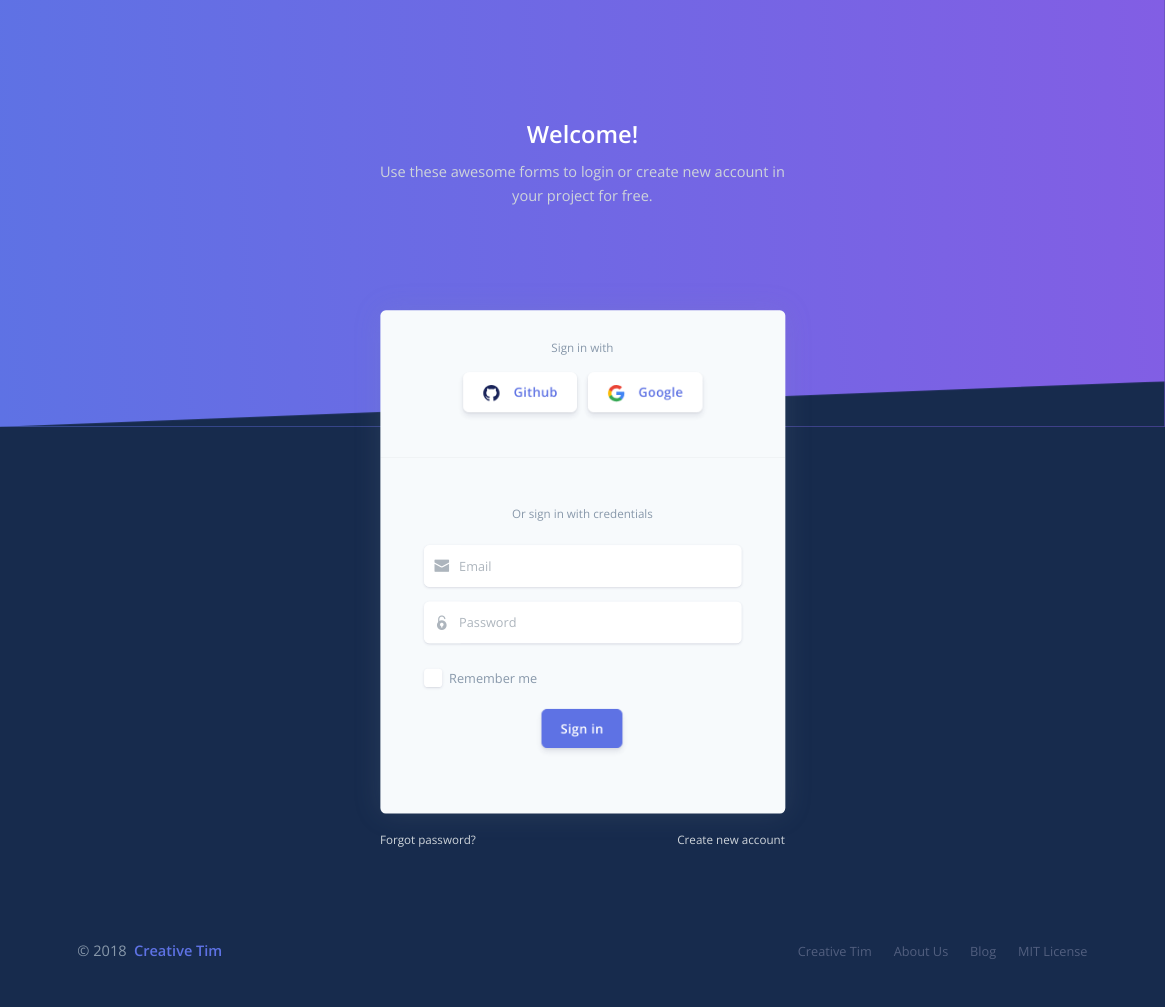
Repository: Hareeshgoli/restuarnt
Page: http://localhost/login
These files come from the project's save history. The page is drawn as it stood at one moment and after the next save; the edit follows.
The browser window is 1280 px wide. The pictures show the whole page, at 91% of full size.
The page is this project's Thymeleaf template; nobody is signed in. The template is opened directly, without the code that normally fills it, so the values that code supplies are empty.

Above is the page before, as saved 2020-02-28 09:28:11.

### resturant/src/main/resources/templates/login.html

<!DOCTYPE html>
<html lang="en">

<head>
  <meta charset="utf-8" />
  <meta name="viewport" content="width=device-width, initial-scale=1, shrink-to-fit=no">
  <title>
    Argon Dashboard - Free Dashboard for Bootstrap 4 by Creative Tim
  </title>
  <!-- Favicon -->
  <link href="../assets/img/brand/favicon.png" rel="icon" type="image/png">
  <!-- Fonts -->
  <link href="https://fonts.googleapis.com/css?family=Open+Sans:300,400,600,700" rel="stylesheet">
  <!-- Icons -->
  <link href="../assets/js/plugins/nucleo/css/nucleo.css" rel="stylesheet" />
  <link href="../assets/js/plugins/@fortawesome/fontawesome-free/css/all.min.css" rel="stylesheet" />
  <!-- CSS Files -->
  <link href="../assets/css/argon-dashboard.css?v=1.1.2" rel="stylesheet" />
</head>

<body class="bg-default">
  <div class="main-content">
    <!-- Header -->
    <div class="header bg-gradient-primary py-7 py-lg-8">
      <div class="container">
        <div class="header-body text-center mb-7">
          <div class="row justify-content-center">
            <div class="col-lg-5 col-md-6">
              <h1 class="text-white">Welcome!</h1>
              <p class="text-lead text-light">Use these awesome forms to login or create new account in your project for free.</p>
            </div>
          </div>
        </div>
      </div>
      <div class="separator separator-bottom separator-skew zindex-100">
        <svg x="0" y="0" viewBox="0 0 2560 100" preserveAspectRatio="none" version="1.1" xmlns="http://www.w3.org/2000/svg">
          <polygon class="fill-default" points="2560 0 2560 100 0 100"></polygon>
        </svg>
      </div>
    </div>
    <!-- Page content -->
    <div class="container mt--8 pb-5">
      <div class="row justify-content-center">
        <div class="col-lg-5 col-md-7">
          <div class="card bg-secondary shadow border-0">
            <div class="card-header bg-transparent pb-5">
              <div class="text-muted text-center mt-2 mb-3"><small>Sign in with</small></div>
              <div class="btn-wrapper text-center">
                <a href="#" class="btn btn-neutral btn-icon">
                  <span class="btn-inner--icon"><img src="../assets/img/icons/common/github.svg"></span>
                  <span class="btn-inner--text">Github</span>
                </a>
                <a href="#" class="btn btn-neutral btn-icon">
                  <span class="btn-inner--icon"><img src="../assets/img/icons/common/google.svg"></span>
                  <span class="btn-inner--text">Google</span>
                </a>
              </div>
            </div>
            <div class="card-body px-lg-5 py-lg-5">
              <div class="text-center text-muted mb-4">
                <small>Or sign in with credentials</small>
              </div>
              <form role="form">
                <div class="form-group mb-3">
                  <div class="input-group input-group-alternative">
                    <div class="input-group-prepend">
                      <span class="input-group-text"><i class="ni ni-email-83"></i></span>
                    </div>
                    <input class="form-control" placeholder="Email" type="email">
                  </div>
                </div>
                <div class="form-group">
                  <div class="input-group input-group-alternative">
                    <div class="input-group-prepend">
                      <span class="input-group-text"><i class="ni ni-lock-circle-open"></i></span>
                    </div>
                    <input class="form-control" placeholder="Password" type="password">
                  </div>
                </div>
                <div class="custom-control custom-control-alternative custom-checkbox">
                  <input class="custom-control-input" id=" customCheckLogin" type="checkbox">
                  <label class="custom-control-label" for=" customCheckLogin">
                    <span class="text-muted">Remember me</span>
                  </label>
                </div>
                <div class="text-center">
                  <button type="button" class="btn btn-primary my-4">Sign in</button>
                </div>
              </form>
            </div>
          </div>
          <div class="row mt-3">
            <div class="col-6">
              <a href="#" class="text-light"><small>Forgot password?</small></a>
            </div>
            <div class="col-6 text-right">
              <a href="#" class="text-light"><small>Create new account</small></a>
            </div>
          </div>
        </div>
      </div>
    </div>
    <footer class="py-5">
      <div class="container">
        <div class="row align-items-center justify-content-xl-between">
          <div class="col-xl-6">
            <div class="copyright text-center text-xl-left text-muted">
              © 2018 <a href="https://www.creative-tim.com" class="font-weight-bold ml-1" target="_blank">Creative Tim</a>
            </div>
          </div>
          <div class="col-xl-6">
            <ul class="nav nav-footer justify-content-center justify-content-xl-end">
              <li class="nav-item">
                <a href="https://www.creative-tim.com" class="nav-link" target="_blank">Creative Tim</a>
              </li>
              <li class="nav-item">
                <a href="https://www.creative-tim.com/presentation" class="nav-link" target="_blank">About Us</a>
              </li>
              <li class="nav-item">
                <a href="http://blog.creative-tim.com" class="nav-link" target="_blank">Blog</a>
              </li>
              <li class="nav-item">
                <a href="https://github.com/creativetimofficial/argon-dashboard/blob/master/LICENSE.md" class="nav-link" target="_blank">MIT License</a>
              </li>
            </ul>
          </div>
        </div>
      </div>
    </footer>
  </div>
  <!--   Core   -->
  <script src="../assets/js/plugins/jquery/dist/jquery.min.js"></script>
  <script src="../assets/js/plugins/bootstrap/dist/js/bootstrap.bundle.min.js"></script>
  <!--   Optional JS   -->
  <!--   Argon JS   -->
  <script src="../assets/js/argon-dashboard.min.js?v=1.1.2"></script>
  <script src="https://cdn.trackjs.com/agent/v3/latest/t.js"></script>
  <script>
    window.TrackJS &&
      TrackJS.install({
        token: "ee6fab19c5a04ac1a32a645abde4613a",
        application: "argon-dashboard-free"
      });
  </script>
</body>

</html>

### resturant/src/main/resources/static/assets/img/icons/common/github.svg
<?xml version="1.0" encoding="UTF-8"?>
<svg width="36px" height="36px" viewBox="0 0 36 36" version="1.1" xmlns="http://www.w3.org/2000/svg" xmlns:xlink="http://www.w3.org/1999/xlink">
    <!-- Generator: Sketch 43.2 (39069) - http://www.bohemiancoding.com/sketch -->
    <title>UI/icons/dark/github</title>
    <desc>Created with Sketch.</desc>
    <defs/>
    <g id="Symbols" stroke="none" stroke-width="1" fill="none" fill-rule="evenodd">
        <g id="UI/icons/dark/github" fill="#182359">
            <path d="M17.9985267,2 C9.16436969,2 2,9.16338746 2,18.0004911 C2,25.0695847 6.58405721,31.0660855 12.9420179,33.1818042 C13.7425335,33.3291384 14.0342552,32.8350778 14.0342552,32.4107554 C14.0342552,32.0306332 14.020504,31.0248319 14.0126462,29.6899843 C9.56217195,30.6564965 8.62316216,27.5447988 8.62316216,27.5447988 C7.89533135,25.696246 6.84631204,25.2041499 6.84631204,25.2041499 C5.3935971,24.2120998 6.95632156,24.2317444 6.95632156,24.2317444 C8.56226404,24.3447006 9.40697996,25.8809049 9.40697996,25.8809049 C10.834157,28.3256699 13.1522146,27.6194481 14.063722,27.2098591 C14.2090917,26.1765554 14.6226097,25.4713159 15.0793456,25.0715492 C11.5266276,24.6678535 7.7912152,23.294699 7.7912152,17.163633 C7.7912152,15.417232 8.41492986,13.9880905 9.43841125,12.8703152 C9.27339697,12.4656374 8.72433162,10.8380859 9.5955677,8.63593112 C9.5955677,8.63593112 10.9382731,8.20571534 13.9949661,10.2762516 C15.27088,9.9206851 16.6401056,9.7438841 18.0004911,9.7370085 C19.3598944,9.7438841 20.7281378,9.9206851 22.0060161,10.2762516 C25.0607447,8.20571534 26.4014856,8.63593112 26.4014856,8.63593112 C27.2746861,10.8380859 26.7256208,12.4656374 26.5615888,12.8703152 C27.5870346,13.9880905 28.2058381,15.417232 28.2058381,17.163633 C28.2058381,23.3104147 24.4645324,24.6629424 20.9010099,25.0587802 C21.4746309,25.5528408 21.9863716,26.5291752 21.9863716,28.0211793 C21.9863716,30.1604715 21.966727,31.8862457 21.966727,32.4107554 C21.966727,32.8390067 22.255502,33.3369962 23.0668222,33.180822 C29.4198717,31.0601921 34,25.0676202 34,18.0004911 C34,9.16338746 26.8356303,2 17.9985267,2" id="icons/icon-github"/>
        </g>
    </g>
</svg>

### resturant/src/main/resources/static/assets/img/icons/common/google.svg
<?xml version="1.0" encoding="UTF-8"?>
<svg width="36px" height="36px" viewBox="0 0 36 36" version="1.1" xmlns="http://www.w3.org/2000/svg" xmlns:xlink="http://www.w3.org/1999/xlink">
    <!-- Generator: Sketch 43.2 (39069) - http://www.bohemiancoding.com/sketch -->
    <title>UI/icons/color/google</title>
    <desc>Created with Sketch.</desc>
    <defs/>
    <g id="Symbols" stroke="none" stroke-width="1" fill="none" fill-rule="evenodd">
        <g id="UI/icons/color/google">
            <g id="Group" transform="translate(2.000000, 2.000000)">
                <path d="M32.4365525,16.6024012 C32.4365525,15.4515967 32.3313665,14.344128 32.1357206,13.2820585 L16.5492615,13.2820585 L16.5492615,19.5616128 L25.4557094,19.5616128 C25.0721312,21.5908257 23.9059692,23.3098098 22.1535707,24.4613022 L22.1535707,28.5341733 L27.5019274,28.5341733 C30.631561,25.7077204 32.4365525,21.5461142 32.4365525,16.6024012 L32.4365525,16.6024012 Z" id="Shape" fill="#4285F4"/>
                <path d="M16.5492615,32.4674071 C21.0175621,32.4674071 24.7635856,31.0139403 27.5019274,28.5341733 L22.1535707,24.4613022 C20.6718508,25.4353244 18.7756982,26.0110706 16.5492615,26.0110706 C12.2387399,26.0110706 8.59088994,23.1557272 7.2893887,19.3181072 L1.76011213,19.3181072 L1.76011213,23.5244249 C4.48302664,28.8299569 10.0796222,32.4674071 16.5492615,32.4674071 L16.5492615,32.4674071 Z" id="Shape" fill="#34A853"/>
                <path d="M7.2893887,19.3181072 C6.95840347,18.344085 6.77047118,17.3033395 6.77047118,16.2337035 C6.77047118,15.1640676 6.95840347,14.1233221 7.2893887,13.1492999 L7.2893887,8.94298219 L1.76011213,8.94298219 C0.639530783,11.1345322 0,13.6142992 0,16.2337035 C0,18.8531079 0.639530783,21.3328749 1.76011213,23.5244249 L7.2893887,19.3181072 L7.2893887,19.3181072 Z" id="Shape" fill="#FBBC05"/>
                <path d="M16.5492615,6.4563365 C18.9790577,6.4563365 21.160615,7.27558824 22.8758478,8.88382548 L27.6225407,4.22764161 C24.755872,1.60892511 21.0098485,0 16.5492615,0 C10.0803235,0 4.48302664,3.63813805 1.76011213,8.94298219 L7.2893887,13.1492999 C8.59088994,9.31236774 12.2394411,6.4563365 16.5492615,6.4563365 Z" id="Shape" fill="#EA4335"/>
            </g>
        </g>
    </g>
</svg>

Loaded but not shown: resturant/src/main/resources/static/assets/js/plugins/nucleo/css/nucleo.css (library); resturant/src/main/resources/static/assets/js/plugins/@fortawesome/fontawesome-free/css/all.min.css (library); resturant/src/main/resources/static/assets/css/argon-dashboard.css (library); resturant/src/main/resources/static/assets/js/plugins/jquery/dist/jquery.min.js (library); resturant/src/main/resources/static/assets/js/plugins/bootstrap/dist/js/bootstrap.bundle.min.js (library); resturant/src/main/resources/static/assets/js/argon-dashboard.min.js (library)

After the next save:
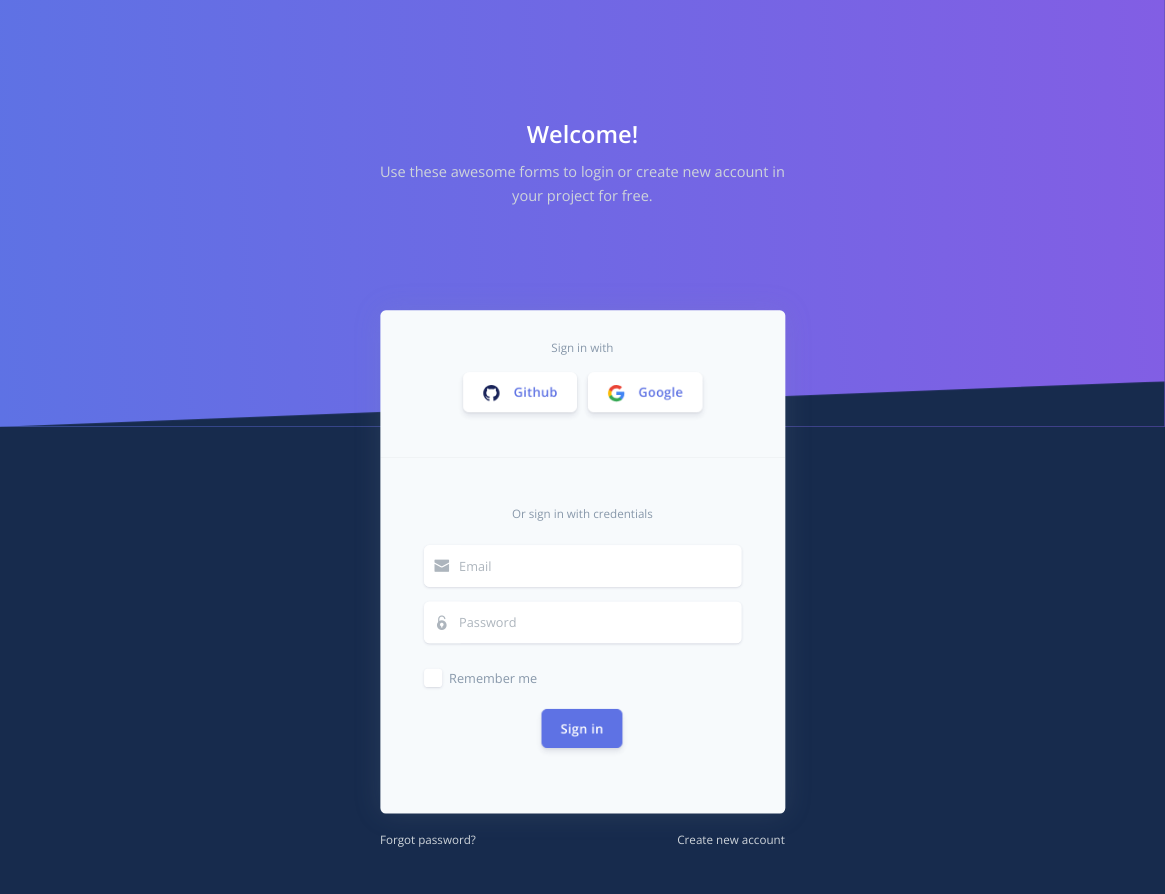
Saved 18 s later.
--- a/resturant/src/main/resources/templates/login.html
+++ b/resturant/src/main/resources/templates/login.html
@@ -101,33 +101,7 @@
         </div>
       </div>
     </div>
-    <footer class="py-5">
-      <div class="container">
-        <div class="row align-items-center justify-content-xl-between">
-          <div class="col-xl-6">
-            <div class="copyright text-center text-xl-left text-muted">
-              © 2018 <a href="https://www.creative-tim.com" class="font-weight-bold ml-1" target="_blank">Creative Tim</a>
-            </div>
-          </div>
-          <div class="col-xl-6">
-            <ul class="nav nav-footer justify-content-center justify-content-xl-end">
-              <li class="nav-item">
-                <a href="https://www.creative-tim.com" class="nav-link" target="_blank">Creative Tim</a>
-              </li>
-              <li class="nav-item">
-                <a href="https://www.creative-tim.com/presentation" class="nav-link" target="_blank">About Us</a>
-              </li>
-              <li class="nav-item">
-                <a href="http://blog.creative-tim.com" class="nav-link" target="_blank">Blog</a>
-              </li>
-              <li class="nav-item">
-                <a href="https://github.com/creativetimofficial/argon-dashboard/blob/master/LICENSE.md" class="nav-link" target="_blank">MIT License</a>
-              </li>
-            </ul>
-          </div>
-        </div>
-      </div>
-    </footer>
+
   </div>
   <!--   Core   -->
   <script src="../assets/js/plugins/jquery/dist/jquery.min.js"></script>
